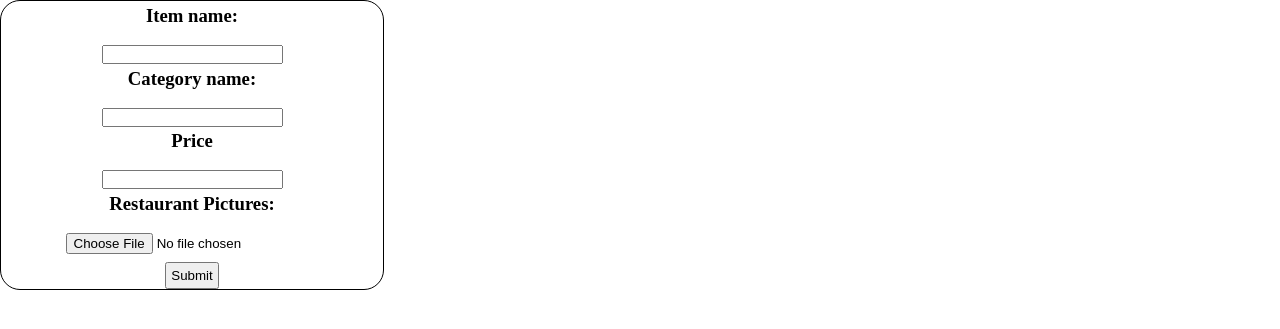
Repository: jatannoury/Ecommerce-Laravel-Electron
Page: Admin-electron/src/HTML/add_item.html
The author's editor kept a copy of each file at every save. The page is drawn from the files as they stood at one save, then again after the next save.
The browser window is 1280 px wide. The pictures show the whole page.

Above is the page before, as saved 2022-06-10 22:56:36.

### Admin-electron/src/HTML/add_item.html
<!DOCTYPE html>
<html lang="en">

    <head>
        <meta charset="UTF-8">
        <link rel="stylesheet" href="../CSS/styles.css">
        <title>Admin-Add_item</title>
    </head>

    <body>
        <form action="/action_page.php">
            <h3 for="item_name" class="one" id="item_name ">Item name:</h3><br>
            <input type="text"  name="fname" ><br>
            <h3 for="Category_name" class="one" id="Category_name">Category name:</h3><br>
            <input type="text"  name="fname" ><br>
            <h3 for="price" class="one" id="price">Price</h3><br>
            <input type="text"  name="fname" ><br>
            <div >
            <h3 for="pictures" class="one">Restaurant Pictures:</h3><br>
            <input id="pictures" type="file" accept="image/*">
            </div>
            <input type="submit" class="submit" value="Submit">

        </form>
    </body>
</html>

### Admin-electron/src/CSS/styles.css
*{
    padding: 0;
    margin: 0;
    box-sizing: border-box;
}
.box-1, .box-2{
    padding:5% 5% 5% 5%;
    margin-left:0% ;
    margin-top: 20%;
    border-radius: 20px;
}

.box-1{
    margin-left: 30%;
}

.box-2{
    margin-left: 5%;
}

 .box-2:hover, .box-1:hover{
    border-color: red;
}

.one{
    margin-top: 1%;
}

.submit{
    margin-top: 2%;

    padding: 1% 1% 1% 1%;
}

form {
    border: 1px solid black;
    border-radius: 20px;
    width:30%;
    text-align: center;
    margin-left: ;
}

After the next save:
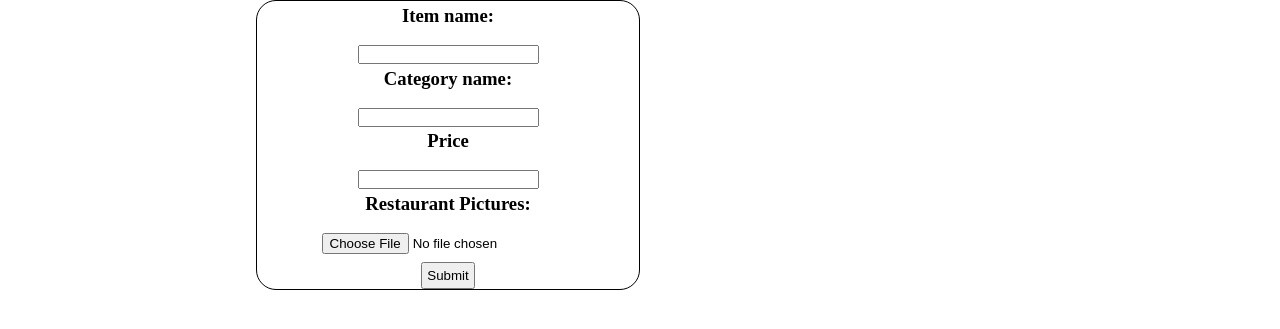
Saved 5 s later.
--- a/Admin-electron/src/CSS/styles.css
+++ b/Admin-electron/src/CSS/styles.css
@@ -37,5 +37,5 @@ form {
     border-radius: 20px;
     width:30%;
     text-align: center;
-    margin-left: ;
+    margin-left: 20%;
 }
